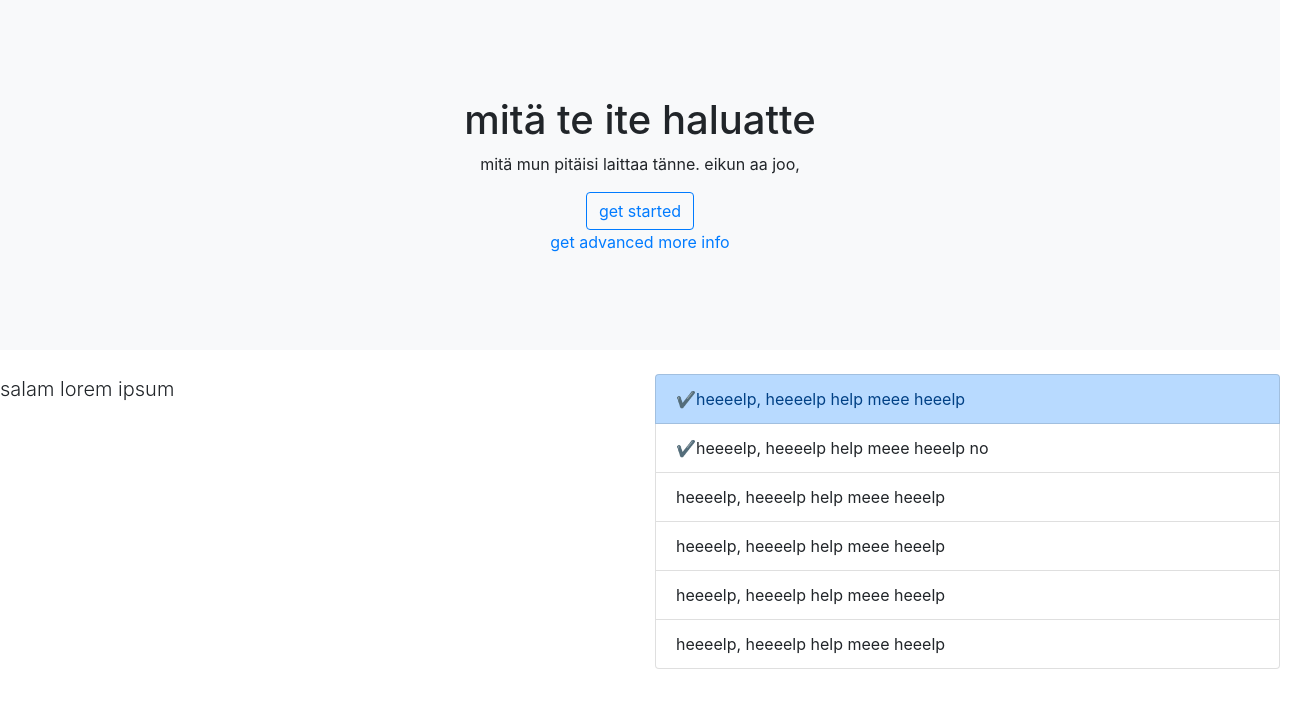
Repository: jessehapuli/jessehapuli.github.io
Page: Bootstrap/index.html
These files come from the project's save history. The page is drawn as it stood at one moment and after the next save; the edit follows.
The browser window is 1280 px wide. The page is 1295 px wide, so the pictures cover 1295 px, including what lies to the right of the window. The pictures show the whole page.

Above is the page before, as saved 2024-04-24 11:04:37.

### Bootstrap/index.html
<!doctype html>
<html lang="en">
  <head>
    <!-- Required meta tags -->
    <meta charset="utf-8">
    <meta name="viewport" content="width=device-width, initial-scale=1, shrink-to-fit=no">

    <!-- Bootstrap CSS -->
    <link rel="stylesheet" href="https://cdn.jsdelivr.net/npm/bootstrap@4.6.2/dist/css/bootstrap.min.css" integrity="sha384-xOolHFLEh07PJGoPkLv1IbcEPTNtaed2xpHsD9ESMhqIYd0nLMwNLD69Npy4HI+N" crossorigin="anonymous">

    <title>Hello, world!</title>
  </head>
  <body>

    <section class="container-fluid bg-light text-center">
      <div class="rov d-flex justify-content-center">
        <div class="col-md-6 my-5 py-lg-5">
          <h1>mitä te ite haluatte</h1>
          <p>mitä mun pitäisi laittaa tänne. eikun aa joo, </p>
          <a class="btn btn-outline-primary" href="piercing">get started</a>
          <br>
          <a href="">get advanced</a>
          <a href="">more info</a>
        </div>
      </div>
    </section>

    <sectio class="container">
      <div class="row">
        <div class="col-md-6">
          <p class="lead">salam lorem ipsum</p>
        </div>
        <div class="col-md-6">
          <ul class="list-group">
            <li class="list-group-item list-group-item-primary"><span>&#10004;</span>heeeelp, heeeelp help meee heeelp</li>
            <li class="list-group-item"><span>&#10004;</span>heeeelp, heeeelp help meee heeelp no</li>
            <li class="list-group-item">heeeelp, heeeelp help meee heeelp</li>
            <li class="list-group-item">heeeelp, heeeelp help meee heeelp</li>
            <li class="list-group-item">heeeelp, heeeelp help meee heeelp</li>
            <li class="list-group-item">heeeelp, heeeelp help meee heeelp</li>
          </ul>
        </div>
      </div>
    </section>

    <!-- Optional JavaScript; choose one of the two! -->

    <!-- Option 1: jQuery and Bootstrap Bundle (includes Popper) -->
    <script src="https://cdn.jsdelivr.net/npm/jquery@3.5.1/dist/jquery.slim.min.js" integrity="sha384-DfXdz2htPH0lsSSs5nCTpuj/zy4C+OGpamoFVy38MVBnE+IbbVYUew+OrCXaRkfj" crossorigin="anonymous"></script>
    <script src="https://cdn.jsdelivr.net/npm/bootstrap@4.6.2/dist/js/bootstrap.bundle.min.js" integrity="sha384-Fy6S3B9q64WdZWQUiU+q4/2Lc9npb8tCaSX9FK7E8HnRr0Jz8D6OP9dO5Vg3Q9ct" crossorigin="anonymous"></script>

    <!-- Option 2: Separate Popper and Bootstrap JS -->
    <!--
    <script src="https://cdn.jsdelivr.net/npm/jquery@3.5.1/dist/jquery.slim.min.js" integrity="sha384-DfXdz2htPH0lsSSs5nCTpuj/zy4C+OGpamoFVy38MVBnE+IbbVYUew+OrCXaRkfj" crossorigin="anonymous"></script>
    <script src="https://cdn.jsdelivr.net/npm/popper.js@1.16.1/dist/umd/popper.min.js" integrity="sha384-9/reFTGAW83EW2RDu2S0VKaIzap3H66lZH81PoYlFhbGU+6BZp6G7niu735Sk7lN" crossorigin="anonymous"></script>
    <script src="https://cdn.jsdelivr.net/npm/bootstrap@4.6.2/dist/js/bootstrap.min.js" integrity="sha384-+sLIOodYLS7CIrQpBjl+C7nPvqq+FbNUBDunl/OZv93DB7Ln/533i8e/mZXLi/P+" crossorigin="anonymous"></script>
    -->
  </body>
</html>

After the next save:
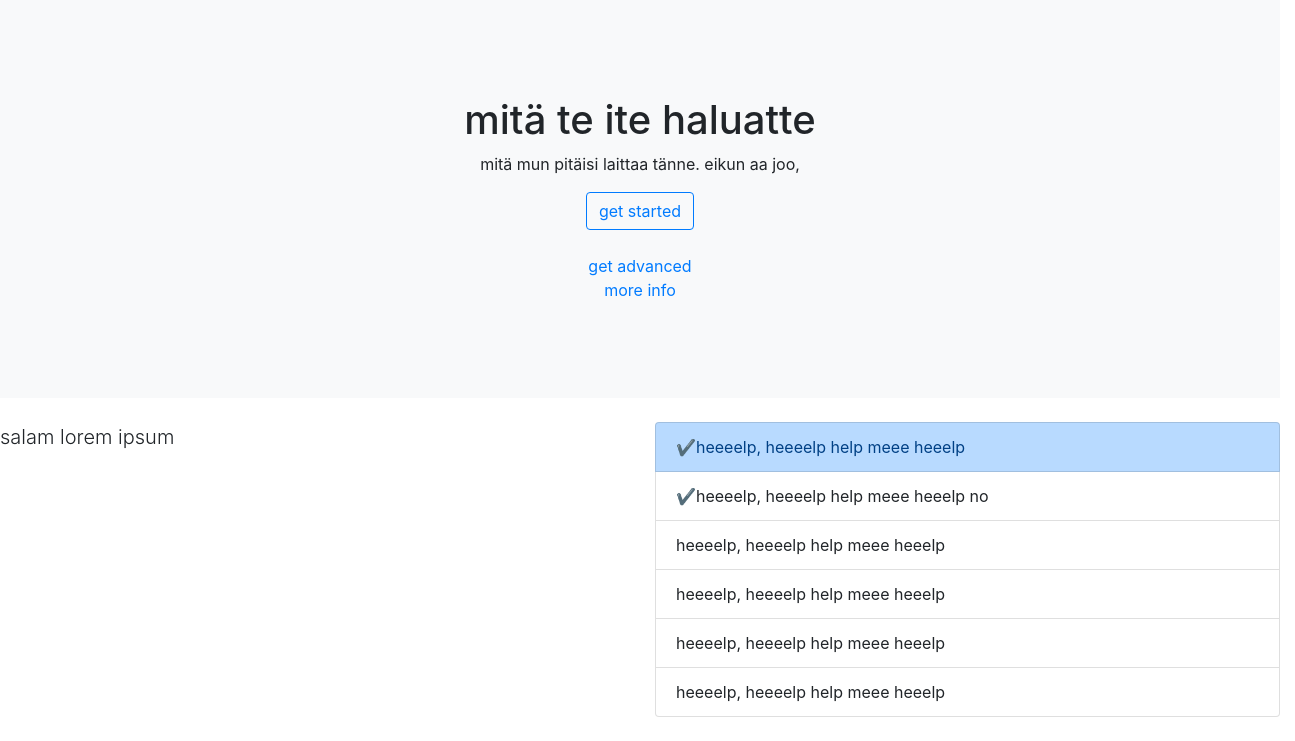
Saved 17 s later.
--- a/Bootstrap/index.html
+++ b/Bootstrap/index.html
@@ -19,7 +19,9 @@
           <p>mitä mun pitäisi laittaa tänne. eikun aa joo, </p>
           <a class="btn btn-outline-primary" href="piercing">get started</a>
           <br>
+          <br>
           <a href="">get advanced</a>
+          <br>
           <a href="">more info</a>
         </div>
       </div>
